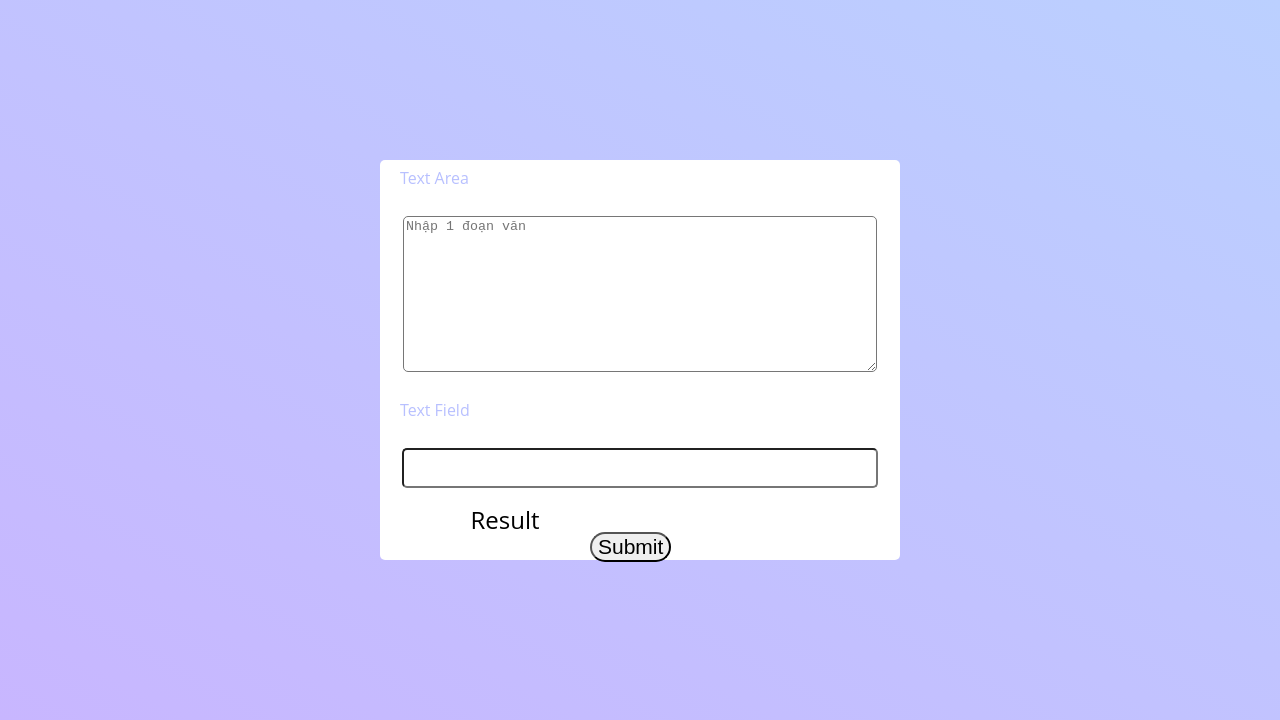
Repository: letrongtinh27/LapTrinhWeb
Page: Lab4.4/index.html
The author's editor kept a copy of each file at every save. The page is drawn from the files as they stood at one save, then again after the next save.
The browser window is 1280 px wide. The pictures show the whole page.

Above is the page before, as saved 2022-10-15 08:15:10.

### Lab4.4/index.html
<!DOCTYPE html>
<html lang="en">
<head>
    <meta charset="UTF-8">
    <meta http-equiv="X-UA-Compatible" content="IE=edge">
    <meta name="viewport" content="width=device-width, initial-scale=1.0">
    <title>Document</title>
    <link rel="stylesheet" href="./reset.css">
    <link rel="stylesheet" href="style.css">
</head>
<body>
    <div class="container">
        <h4>Text Area</h4>
        <div class="text-area">
            <textarea name="" id="text__area" cols="30" rows="10" placeholder="Nhập 1 đoạn văn"></textarea>
        </div>
        <h4>Text Field</h4>
        <div class="text-field">
            <input type="text" id="text__field">
        </div>
        <div class="lable__results">
            <label for="" id="result">Result</label>
        </div>
        <div class="btn-input"><button id="btn">Submit</button></div>
    </div>


    <script src="./main.js"></script>
</body>
</html>

### Lab4.4/style.css
body {
    font-family: 'Open Sans',sans-serif;
    width: 100%;
    height: 100vh;
    background-image: linear-gradient(to right top, #c8b6ff,#bbd0ff);
    display: flex;
    justify-content: center;
    align-items: center;
}

.container {
    width: 100%;
    max-width: 520px;
    height: 100%;
    max-height: 400px;
    background-color: #fff  ;
    border-radius: 5px;

}
.text-area {
    display: flex;
}
.text-area > textarea, .text-field > input{
    width: 90%;
    border-radius: 5px;
    margin: 20px auto;

}
.text-field{
    display: flex;
    height: 80px;
}
.btn-input{
    display: flex;
    margin: 0 auto;
    width: 100px;
    height: auto;
    font-weight: 800;

}

#btn {
    border-radius: 15px;
    cursor: pointer;
    font-size: 21px;
}

#btn:hover {
    background-color: #778da9;
}

h4 {
    margin: 10px 20px;
    color: #b8c0ff;
}

.lable__results {
    text-align: center;
    font-size: 24px;
    width: 250px;
}

### Lab4.4/main.js
var button = document.getElementById('btn');
button.onclick = function(e) {
    var textArea = document.getElementById('text__area').value;
    var textFiled = document.getElementById('text__field').value;
    var count = textArea.split(textFiled).length -1;
    window.alert("số lần xuất hiện của " + textFiled + " là: "+ count);
}

Loaded but not shown: Lab4.4/reset.css (common file)

After the next save:
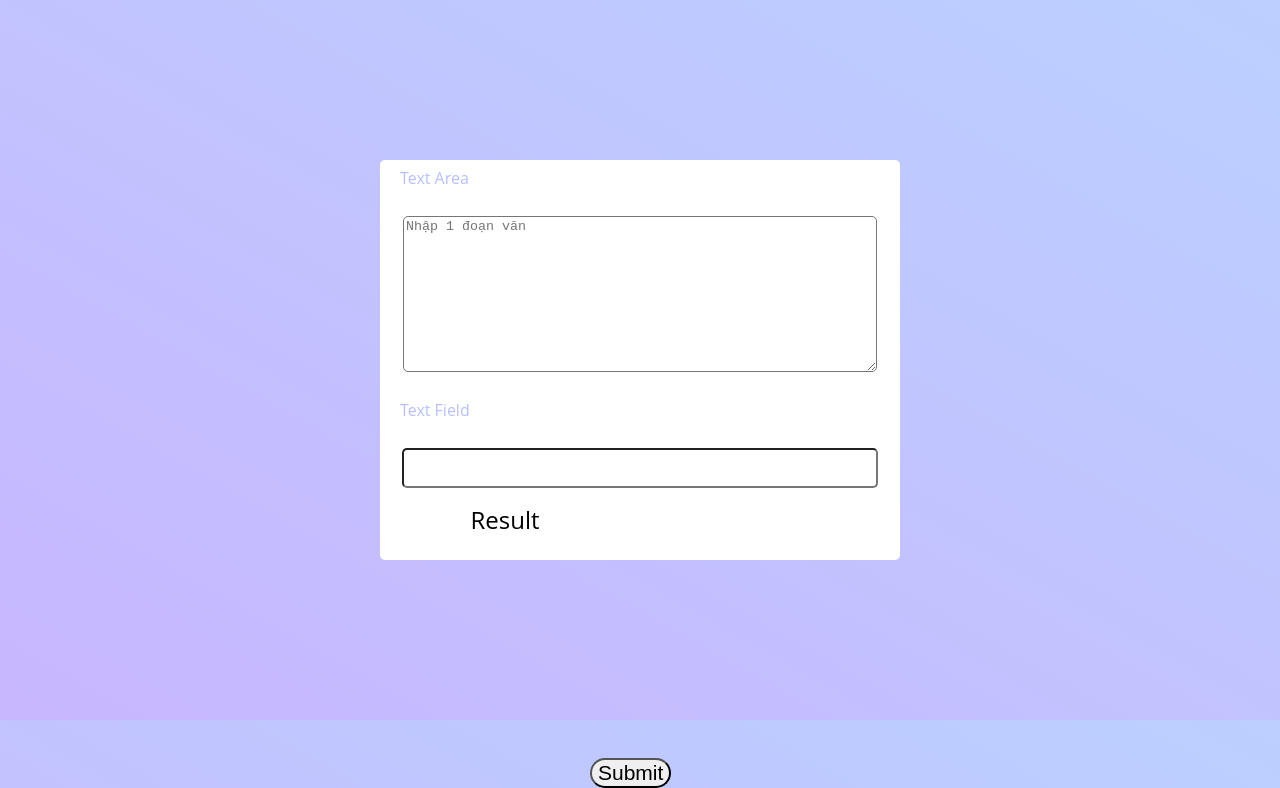
Saved 11 s later.
--- a/Lab4.4/style.css
+++ b/Lab4.4/style.css
@@ -58,4 +58,5 @@
     text-align: center;
     font-size: 24px;
     width: 250px;
+    height: 250px;
 }

After the save that followed:
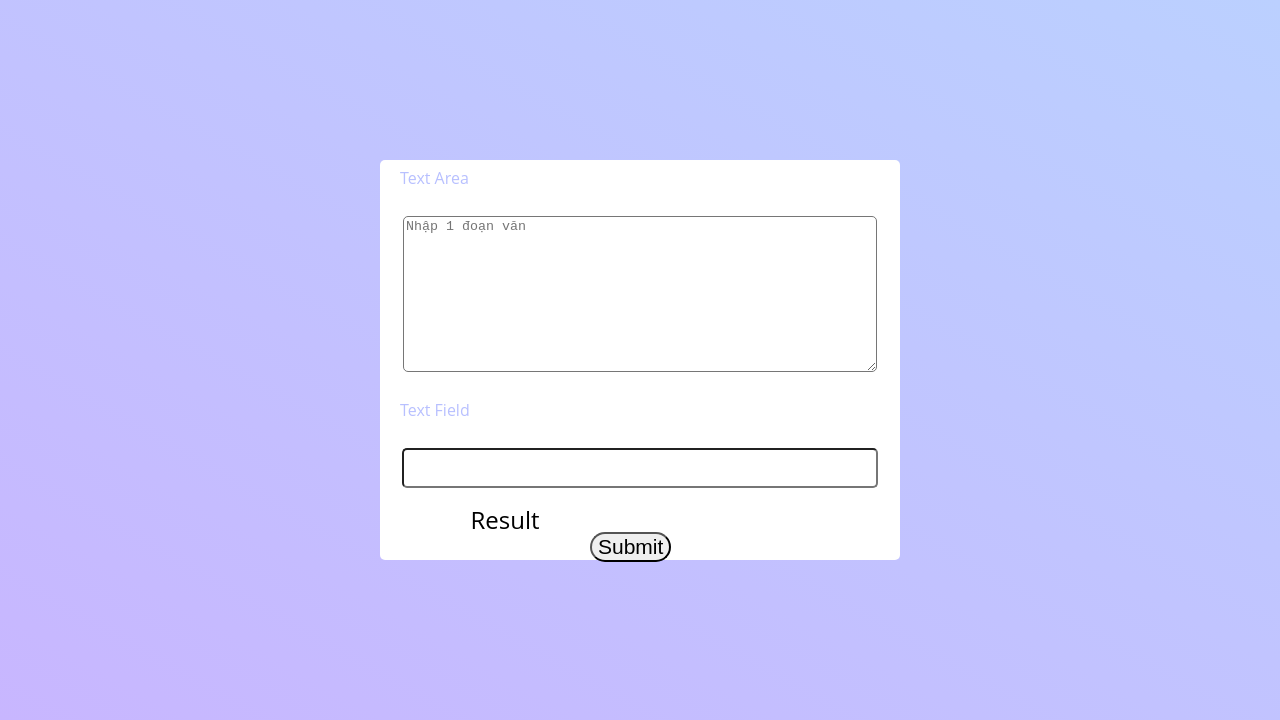
Saved 14 s later.
--- a/Lab4.4/style.css
+++ b/Lab4.4/style.css
@@ -58,5 +58,4 @@
     text-align: center;
     font-size: 24px;
     width: 250px;
-    height: 250px;
 }
